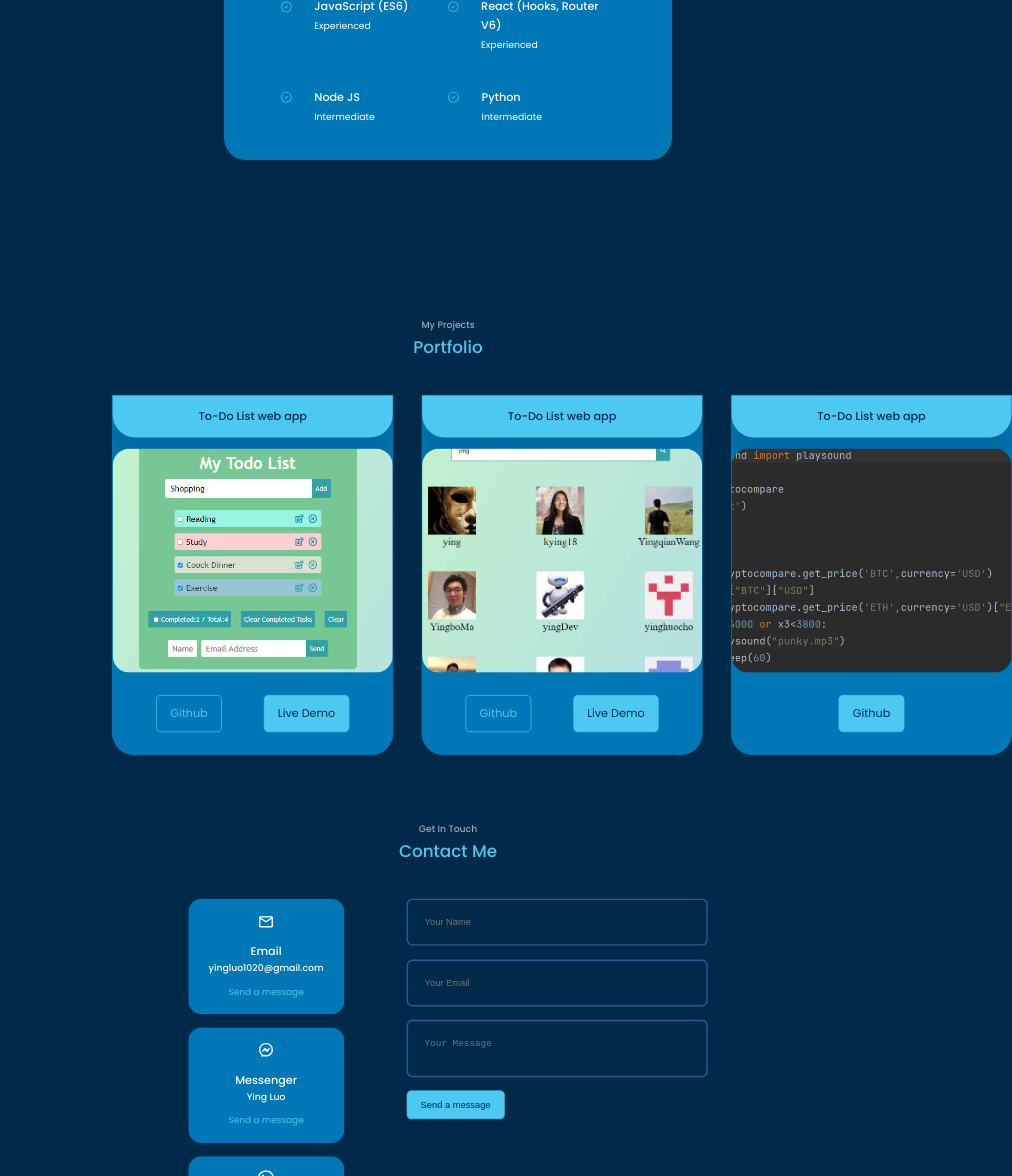
Repository: yingluo1020/react-portfolio-website
Page: /
The author's editor kept a copy of each file at every save. The page is drawn from the files as they stood at one save, then again after the next save.
The browser window is 1280 px wide. The page is 1446 px wide, so the pictures cover 1446 px, including what lies to the right of the window. The pictures show the part of the page from y = 1347 to 3027 px (the page is 3663 px tall), at 70% of full size.
The project was rebuilt for these pictures with package versions that can differ from the ones it lists, and the page was loaded fresh each time. Imported but missing from the stored project, and not drawn on this page: src/assets/YingLuo_resume.pdf.

Above is the page before, as saved 2022-03-16 12:01:16.

After the next save:
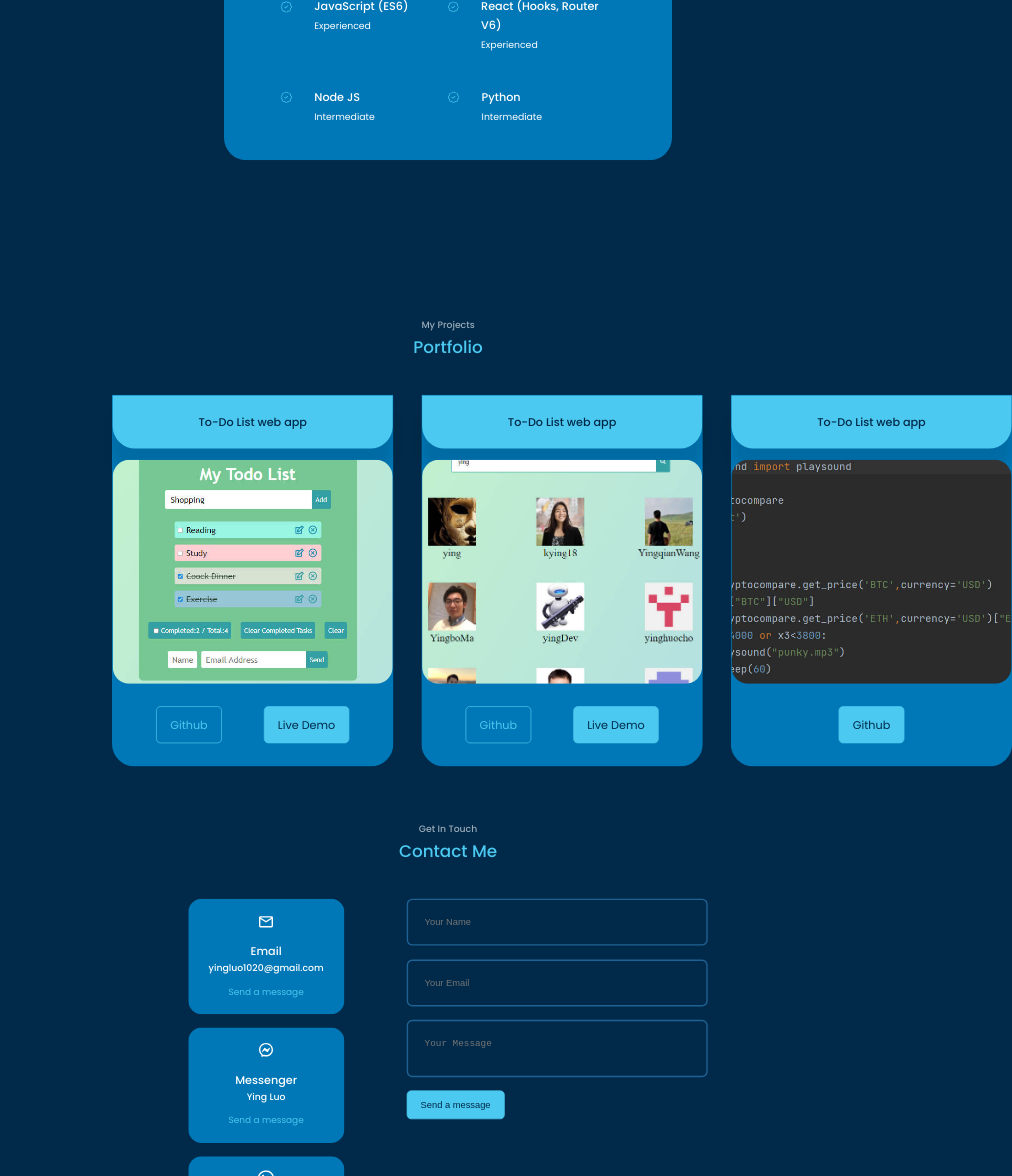
Saved 12 s later.
--- a/src/components/portfolio/portfolio.css
+++ b/src/components/portfolio/portfolio.css
@@ -21,7 +21,7 @@
 .portfolio_head{
     background: var(--color-primary);
     border-radius:0 0 2rem 2rem;
-    padding: 1rem;
+    padding: 1.5rem;
     box-shadow: 0 2rem 1rem rgba(0,0,0,0.1);
 }
 
